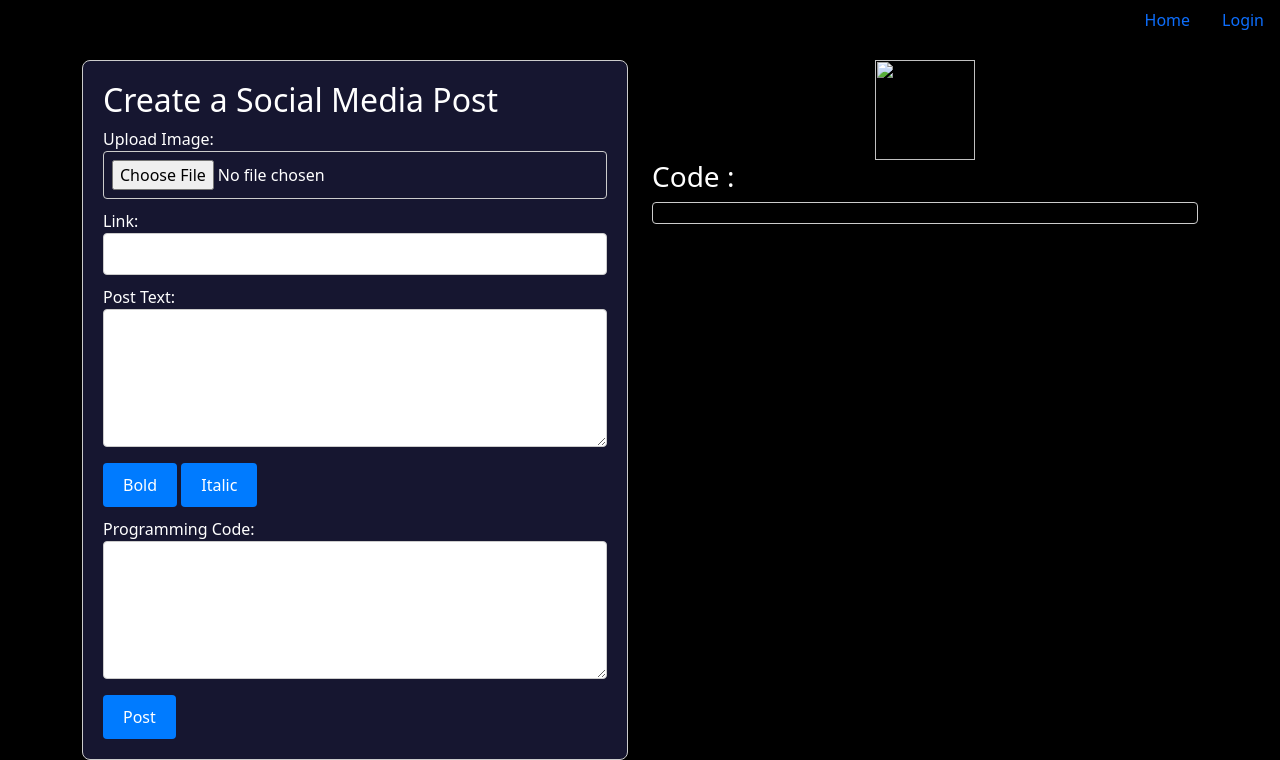
Repository: jaseem1999/sdCommunity
Page: http://localhost/sdCommunity/UserPost.jsp
The author's editor kept a copy of each file at every save. The page is drawn from the files as they stood at one save, then again after the next save.
The browser window is 1280 px wide. The pictures show the whole page.
The page is served by Tomcat 9.

Above is the page before, as saved 2023-09-29 15:10:00.

After the next save:
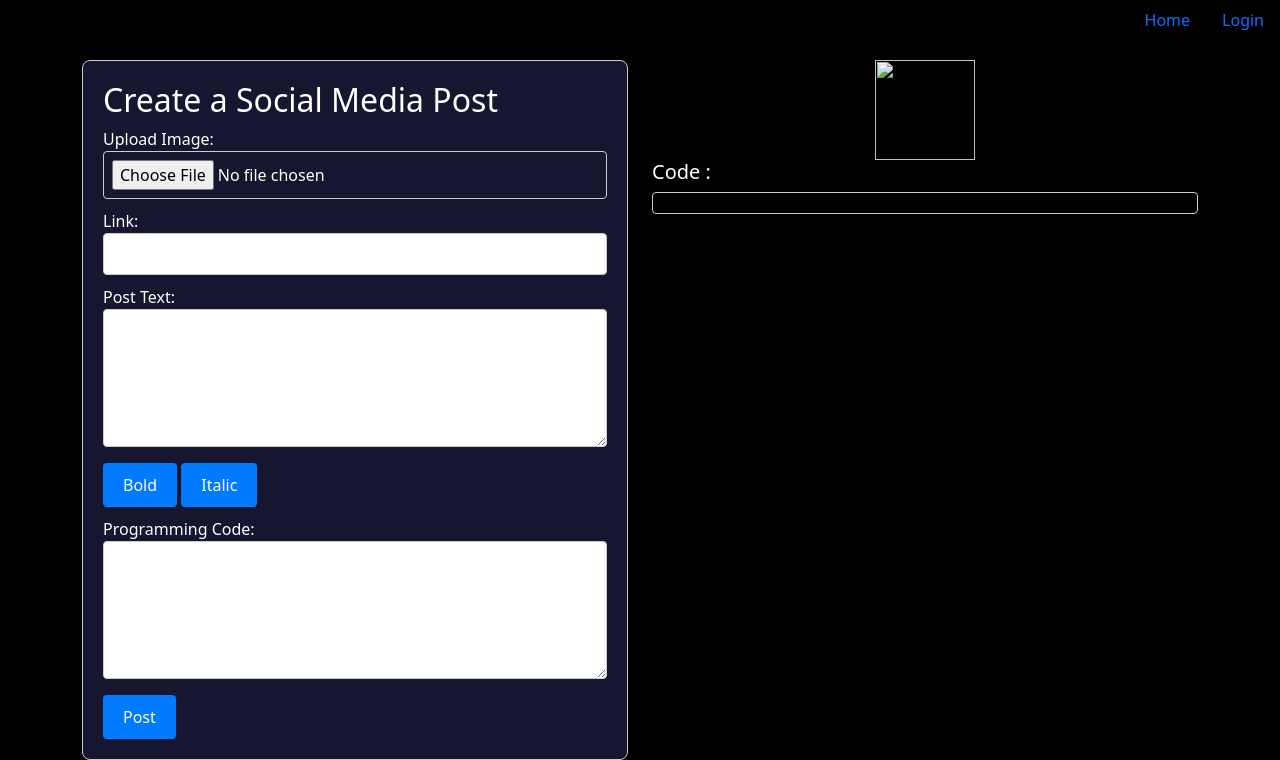
Saved 20 s later.
--- a/sdCommunity/src/main/webapp/UserPost.jsp
+++ b/sdCommunity/src/main/webapp/UserPost.jsp
@@ -220,7 +220,7 @@ String position = (String) session.getAttribute("position");
 			<div id="center">
 			 <img class="profileImg" alt="" src="" id="updatedImg" style="width: 100px;"/><br>
 		    </div>
-		    <h3>Code :</h3>
+		    <h5>Code :</h5>
 		    <pre id="showCode"></pre>
     	</div>
     </div>
